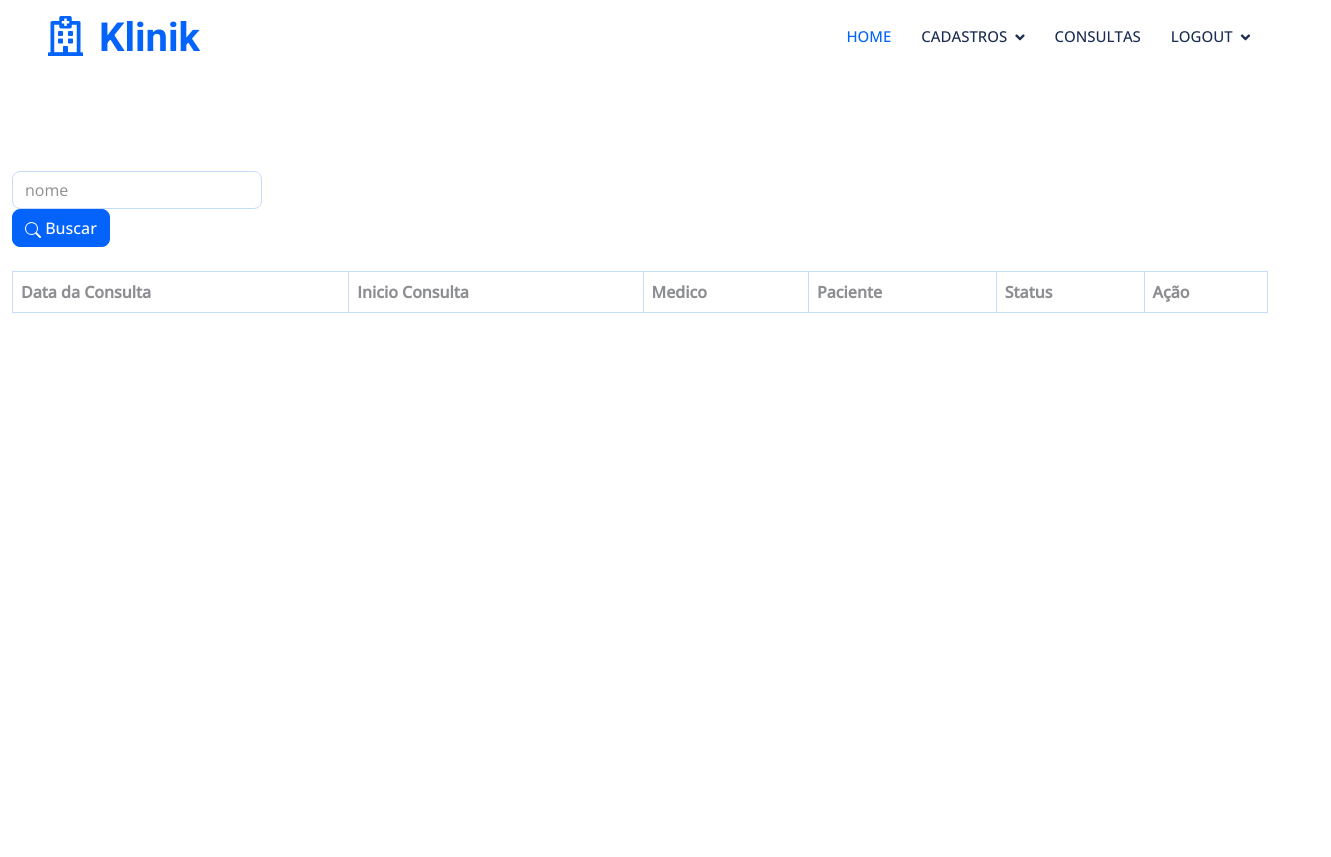
Repository: henrickrufino91/AgendaConsultas
Page: http://localhost/consulta/listarConsultas
These files come from the project's save history. The page is drawn as it stood at one moment and after the next save; the edit follows.
The browser window is 1280 px wide. The page is 1331 px wide, so the pictures cover 1331 px, including what lies to the right of the window. The pictures show the whole page.
Some web libraries are served in a nearby version. The page is this project's Thymeleaf template; nobody is signed in. The template is opened directly, without the code that normally fills it, so the values that code supplies are empty.

Above is the page before, as saved 2024-12-26 18:03:56.

After the next save:
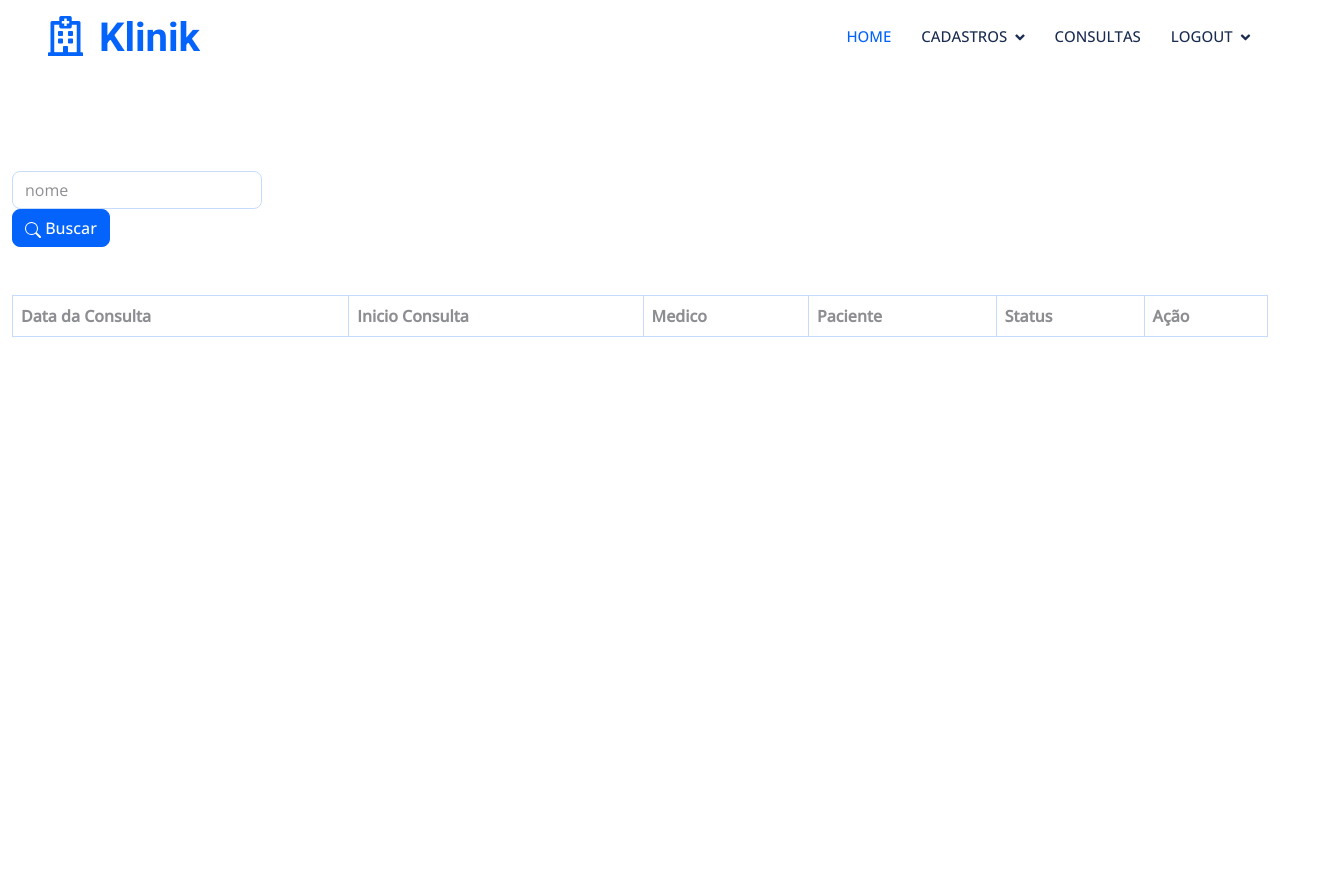
Saved 73 s later.
--- a/clinica/src/main/resources/templates/consulta/listarConsultas.html
+++ b/clinica/src/main/resources/templates/consulta/listarConsultas.html
@@ -102,12 +102,14 @@
     <!-- About Start -->
     <div class="container-xxl py-5">
 
+       <div>
        <input class="form-control" value="nome" id="inputEmail" type="text" style="width: 250px" />
 
 
        <a class="btn btn-primary"><svg xmlns="http://www.w3.org/2000/svg" width="16" height="16" fill="currentColor" class="bi bi-search" viewBox="0 0 16 16">
   											<path d="M11.742 10.344a6.5 6.5 0 1 0-1.397 1.398h-.001q.044.06.098.115l3.85 3.85a1 1 0 0 0 1.415-1.414l-3.85-3.85a1 1 0 0 0-.115-.1zM12 6.5a5.5 5.5 0 1 1-11 0 5.5 5.5 0 0 1 11 0"/>
 											</svg> Buscar</a>
+       </div>
 
       <br>
       <br>

After the save that followed:
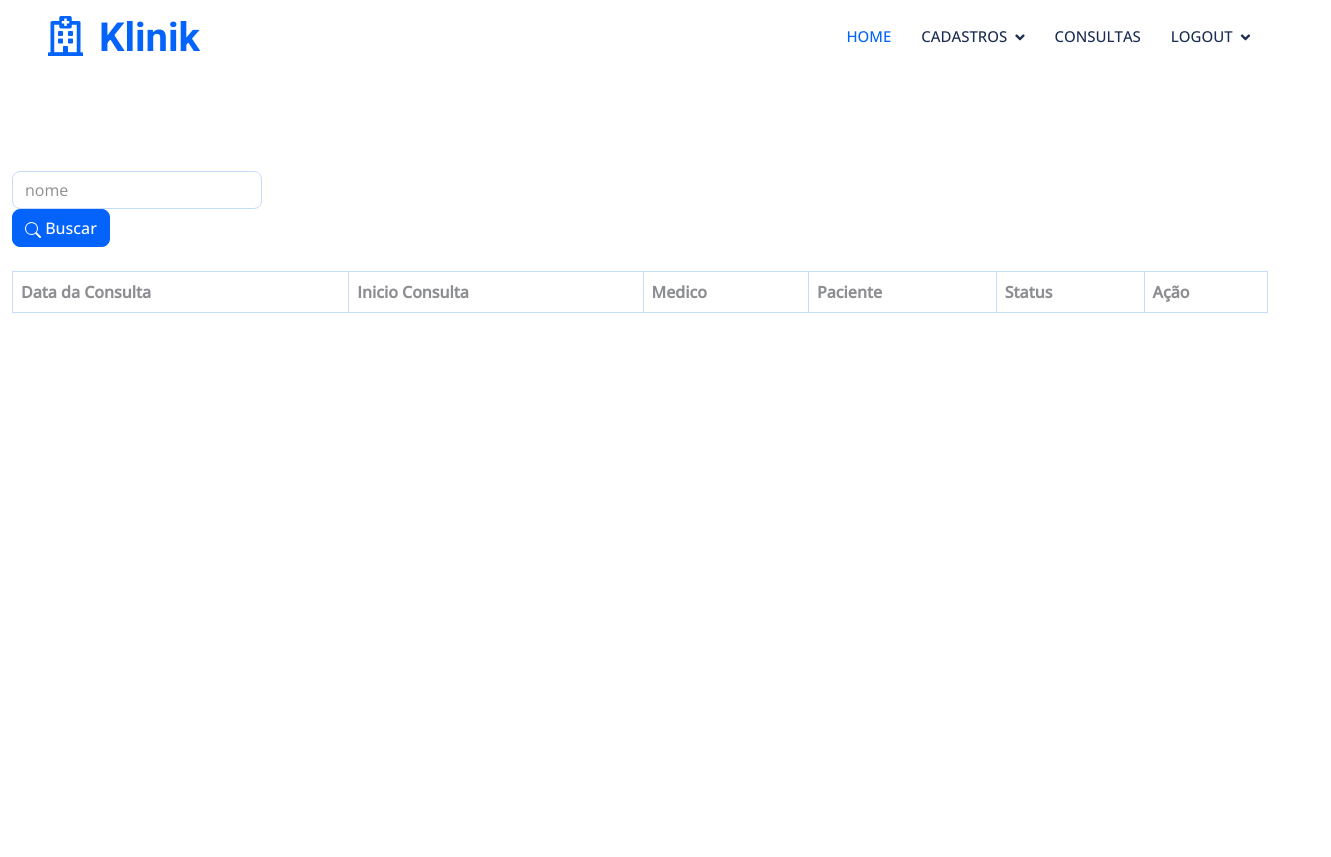
Saved 11 s later.
--- a/clinica/src/main/resources/templates/consulta/listarConsultas.html
+++ b/clinica/src/main/resources/templates/consulta/listarConsultas.html
@@ -112,7 +112,6 @@
        </div>
 
       <br>
-      <br>
        <table class="table table-bordered table-hover">
 
         		<thead>
